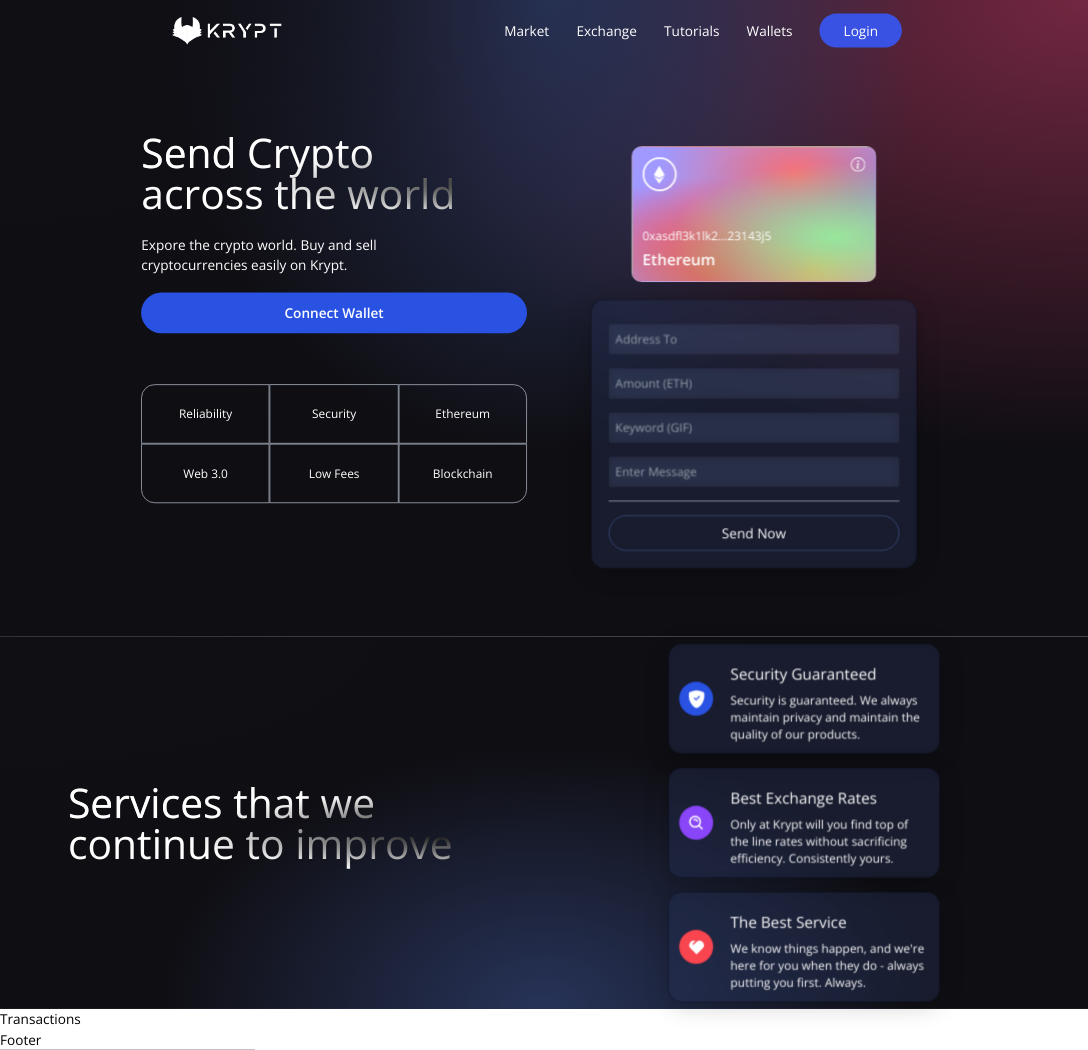
Repository: stephan-chiorean/krypt
Page: / (app in client/)
The author's editor kept a copy of each file at every save. The page is drawn from the files as they stood at one save, then again after the next save.
The browser window is 1280 px wide. The pictures show the whole page, at 85% of full size.
The project was rebuilt for these pictures with package versions that can differ from the ones it lists, and the page was loaded fresh each time. Also part of the build but not shown: client/vite.config.js, client/src/components/Loader.jsx.

Above is the page before, as saved 2023-03-29 19:35:12.

After the next save:
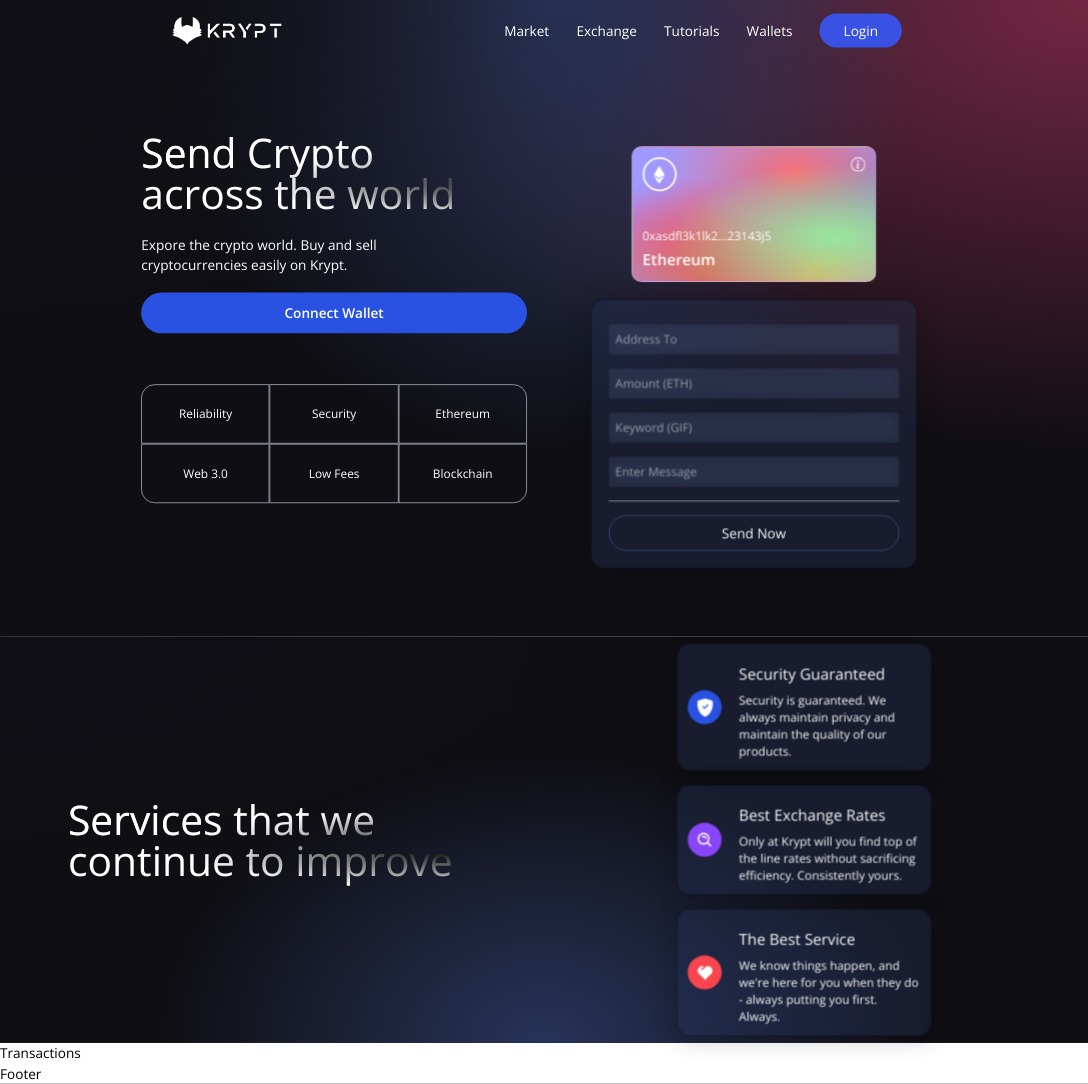
Saved 50 s later.
--- a/client/src/components/Services.jsx
+++ b/client/src/components/Services.jsx
@@ -4,7 +4,7 @@ import { BiSearchAlt } from 'react-icons/bi';
 import { RiHeart2Fill } from 'react-icons/ri';
 
 const ServiceCard = ({color, title, icon, subtitle}) => (
-  <div className='flex flex-row md:w-80 justify-start items-center p-3 m-2 cursor-pointer blue-glassmorphism'>
+  <div className='flex flex-row md:w-[300px] justify-start items-center p-3 m-2 cursor-pointer blue-glassmorphism'>
     <div className={`w-10 h-10 rounded-full flex justify-center items-center ${color}`}>
       {icon}
     </div>
